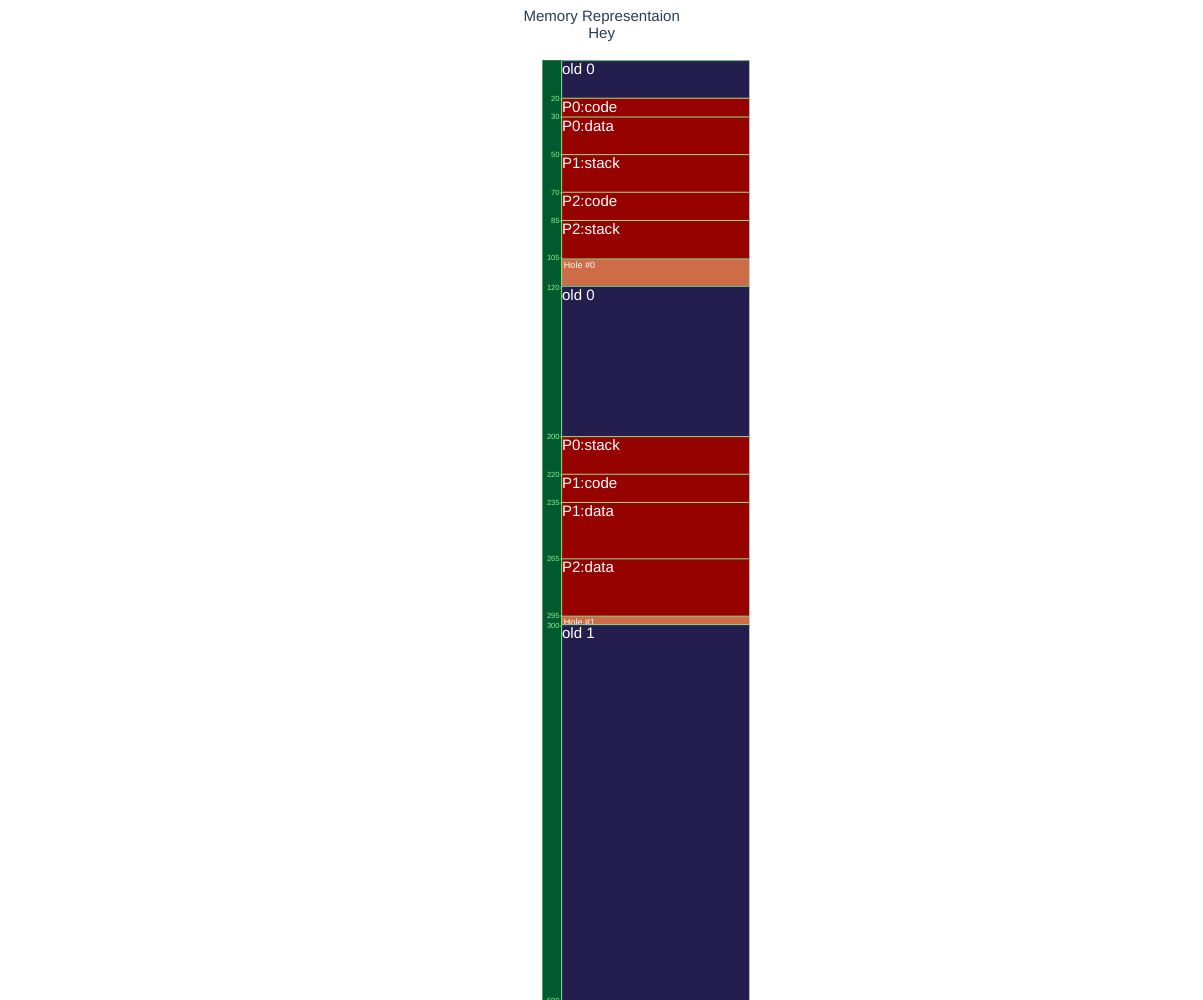
Repository: atout811/memory-allocation-project
Page: /#/final
The author's editor kept a copy of each file at every save. The page is drawn from the files as they stood at one save, then again after the next save.
The browser window is 1280 px wide. The pictures show the whole page, at 94% of full size.
The project was rebuilt for these pictures with package versions that can differ from the ones it lists, and the page was loaded fresh each time. Also part of the build but not shown: src/views/MemoryAndHoles.vue, src/views/Process.vue, src/views/Methods.vue.

Above is the page before, as saved 2021-06-10 16:56:55.

After the next save:
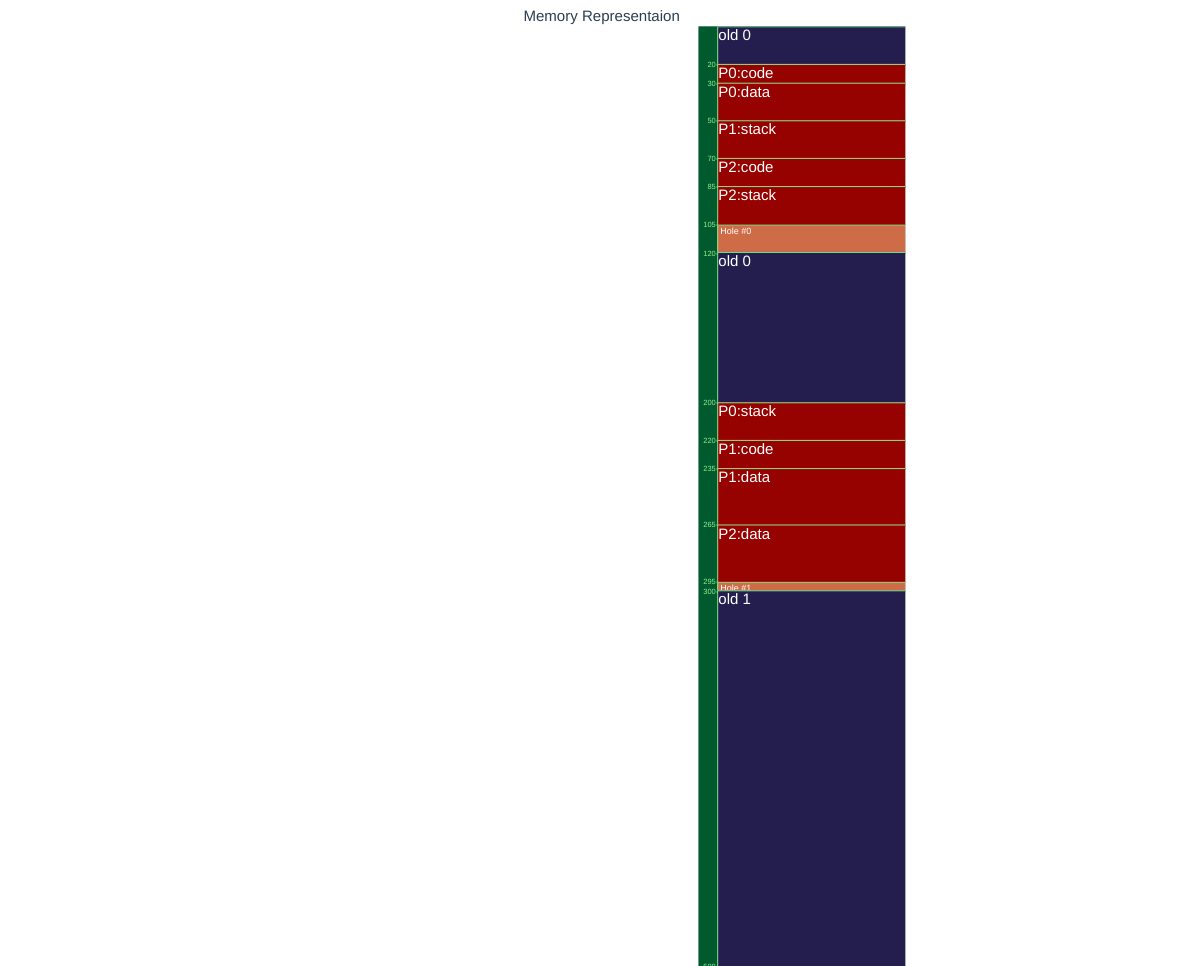
Saved 19 s later.
--- a/src/views/Final.vue
+++ b/src/views/Final.vue
@@ -1,7 +1,7 @@
 <template>
-  <div>
+  <div class="cont">
     Memory Representaion
-    <div class="content">Hey</div>
+    <div class="content"></div>
     <div class="con">
       <Memory />
     </div>
@@ -15,5 +15,8 @@ export default {
 };
 </script>
 
-<style>
+<style scoped>
+.cont {
+  display: flex;
+}
 </style>
